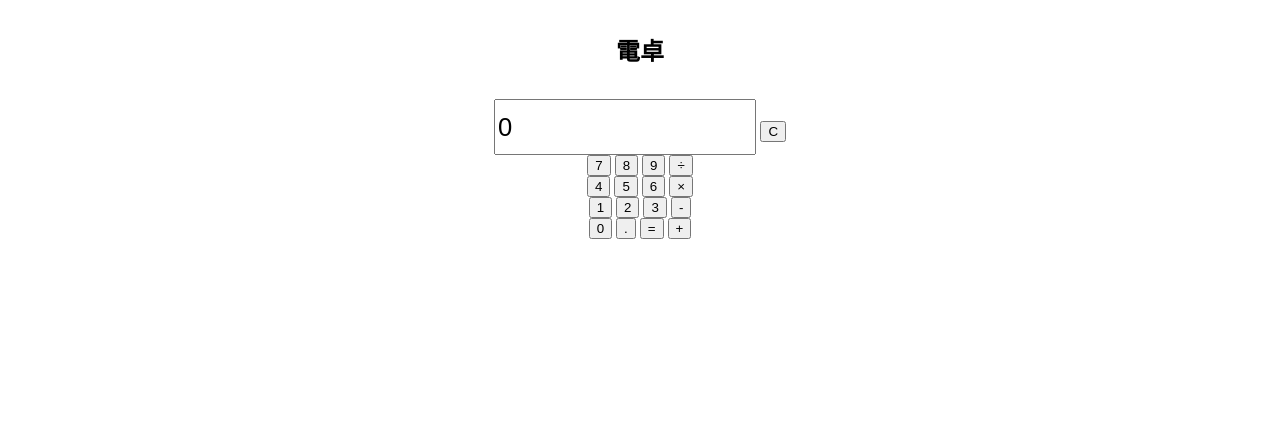
Repository: sara061327/js2
Page: Javascript2/index.html
The author's editor kept a record of every edit. The page is drawn from the files as they stood at one moment, then again after the next edit.
The browser window is 1280 px wide. The pictures show the whole page.
Some web libraries are served in a nearby version.

Above is the page before.
Console error (its wording comes from the project's code and is left out).

### Javascript2/index.html
 <!DOCTYPE html>
 <html lang="en">
 <head>
 <meta charset="utf-8">
 <script src="https://code.jquery.com/jquery-3.2.1.js" integrity="sha256-DZAnKJ/6XZ9si04Hgrsxu/8s717jcIzLy3oi35EouyE=" crossorigin="anonymous"></script>
 <link rel="stylesheet" href="main.css">
 <title>ストップウォッチ</title>
 </head>

 <body>

<div class="wrapper">
  <h1 id="header">電卓</h1>
  <div id="calc">
    <div>
      <input readonly id="result" type="text" value="0">
      <button onclick="c_click()">C</button>
    </div>
    <div>
      <button onclick="git init(this.innerHTML)">7</button>
      <button onclick="num_click(this.innerHTML)">8</button>
      <button onclick="num_click(this.innerHTML)">9</button>
      <button onclick="ope_click(this.innerHTML)">÷</button>
    </div>
    <div>
      <button onclick="num_click(this.innerHTML)">4</button>
      <button onclick="num_click(this.innerHTML)">5</button>
      <button onclick="num_click(this.innerHTML)">6</button>
      <button onclick="ope_click(this.innerHTML)">×</button>
    </div>
    <div>
      <button onclick="num_click(this.innerHTML)">1</button>
      <button onclick="num_click(this.innerHTML)">2</button>
      <button onclick="num_click(this.innerHTML)">3</button>
      <button onclick="ope_click(this.innerHTML)">-</button>
    </div>
    <div>
      <button onclick="num_click(this.innerHTML)">0</button>
      <button onclick="num_click(this.innerHTML)">.</button>
      <button onclick="equal_click()">=</button>
      <button onclick="ope_click(this.innerHTML)">+</button>
    </div>
  </div>
</div>


 <script src="main.js"></script>
 </body>
 </html>

### Javascript2/main.css
.wrapper{
  max-width: 350px;
  margin: 0 auto;
}

#header,#calc{
  box-sizing: border-box;
  text-align: center;
}

#header {
  font-size: 24px;
  padding: 1rem;
}

input{
  box-sizing: border-box;
  width: 75%;
  height: 3.5rem;
  font-size: 1.6rem;
}

### Javascript2/main.js
// データ
var result = "";
// =で計算したかどうか
var is_calc = false;

// 初期表示
window.onload = function () {
  result = document.getElementById('result');
};

// Cキー押下
function c_click(){
  result.value = "0";
  is_calc = false;
}

// 数字キー押下
function num_click(val){
  if(is_calc)  result.value = "0";
  is_calc = false;

  if(result.value =="0" && val == "0"){
    result.value = "0";
  }else if(result.value == "0" && val == "."){
    result.value = "0.";
  }else if(result.value == "0"){
    result.value = val;
  }else{
    result.value += val;
  }
}

// 演算子キー押下
function ope_click(val){
  if(is_calc)  is_calc = false;

  if(is_ope_last()){
    result.value = result.value.slice(0, -1) + val;
  } else {
    result.value += val;
  }
}

// =キークリック
function equal_click(){
  if(is_ope_last())  result.value = result.value.slice(0, -1);

  var temp = new Function("return " + result.value.replaceAll("×", "*").replaceAll("÷", "/"))();
  if(temp == Infinity || Number.isNaN(temp)){
    result.value = "Error";
  }else{
    result.value = temp;
    is_calc = true;
  }
}

// 入力されている値が演算子かどうか
function is_ope_last(){
  return ["+","-","×","÷"].includes(result.value.toString().slice(-1));
}

After the next edit:
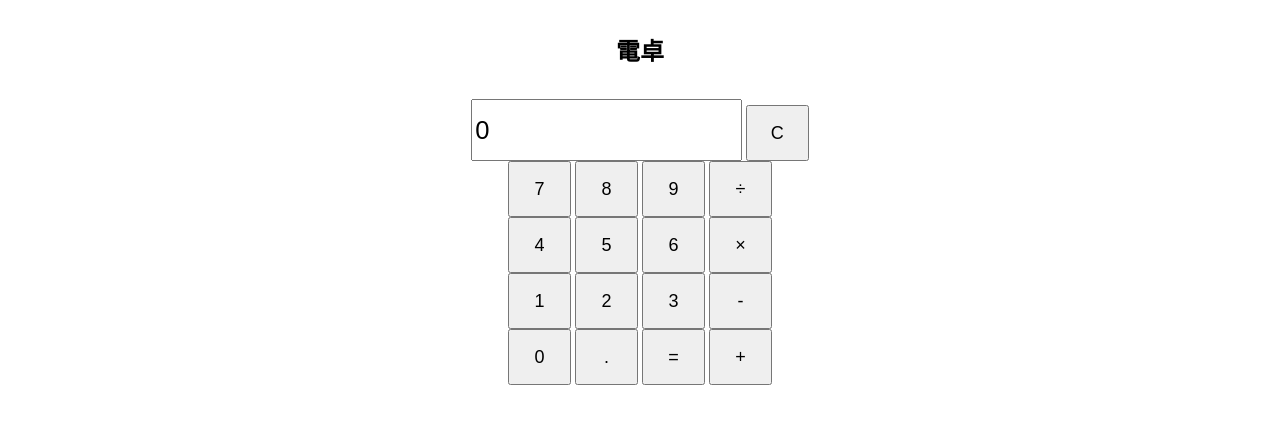
The edit:
--- a/Javascript2/main.css
+++ b/Javascript2/main.css
@@ -13,8 +13,14 @@
   padding: 1rem;
 }
 
+button{
+  font-size: 18px;
+  width: 18%;
+  height: 3.5rem;
+}
+
+
 input{
-  box-sizing: border-box;
   width: 75%;
   height: 3.5rem;
   font-size: 1.6rem;
